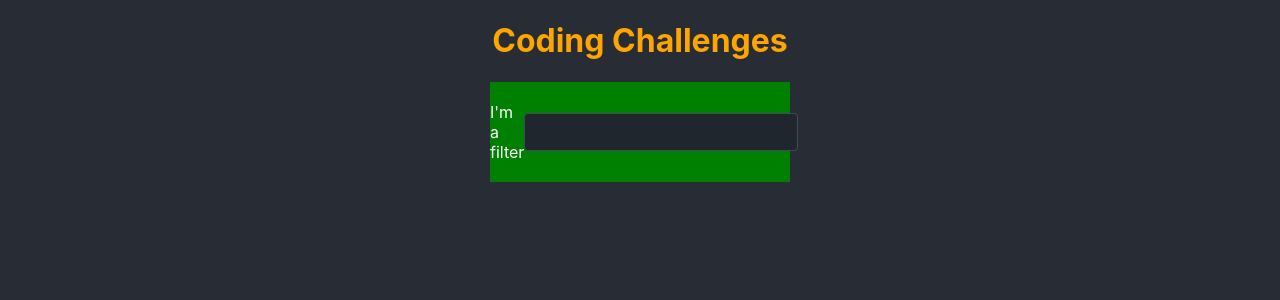
Repository: Valentina-Maraio/coding_challenges
Page: /
These files come from the project's save history. The page is drawn as it stood at one moment and after a run of saves; the edit follows.
The browser window is 1280 px wide. The pictures show the whole page.
The project was rebuilt for these pictures with package versions that can differ from the ones it lists, and the page was loaded fresh each time.

Above is the page before, as saved 2024-07-05 12:01:48.

### src/index.js
import React from 'react';
import ReactDOM from 'react-dom/client';
import './index.css';
import App from './App';
import reportWebVitals from './reportWebVitals';
import { PrimeReactProvider } from 'primereact/api';
import 'primeicons/primeicons.css';



const root = ReactDOM.createRoot(document.getElementById('root'));
root.render(
  <React.StrictMode>
    <PrimeReactProvider>
      <App/>
    </PrimeReactProvider>
  </React.StrictMode>
);

// If you want to start measuring performance in your app, pass a function
// to log results (for example: reportWebVitals(console.log))
// or send to an analytics endpoint. Learn more: https://bit.ly/CRA-vitals
reportWebVitals();

### src/App.js
import React, { useState, useEffect } from "react";
import "primereact/resources/themes/bootstrap4-dark-purple/theme.css";
import "./App.css";
import { InputText } from "primereact/inputtext";

function App() {
  const [inputValue, setInputValue] = useState("");

  const handleChange = (event) => {
    setInputValue(event.target.value);
  };

  const handleSubmit = () => {
    alert(`Input Value: ${inputValue}`);
  };
  return (
    <>
      <div className="container">
        <div className="app_title">
          <h1>Coding Challenges</h1>
        </div>
        <div className="filter_container">
          <p>I'm a filter</p>
          <InputText value={inputValue} onChange={handleChange} />
        </div>
      </div>
    </>
  );
}

export default App;

### src/App.css
body {
  background-color: #282c34;
}

.container {
  display: flex;
  justify-content: center;
  align-items: center;
  flex-direction: column;
}

.app_title {
  color: orange;
}

.filter_container {
  width: 300px;
  height: 100px;
  background-color: green;
  display: flex;
  justify-content: space-between;
  align-items: center;
}

Loaded but not shown: public/index.html (common file); src/index.css (common file); src/reportWebVitals.js (common file)

After the next 3 saves:
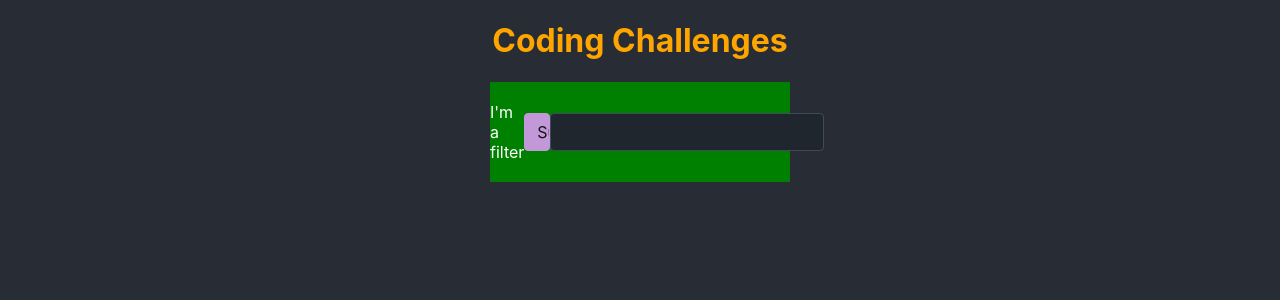
The 3 saves are shown as one change because 2 did not build or start.
The last was saved 76 s later.
--- a/src/App.js
+++ b/src/App.js
@@ -2,6 +2,7 @@ import React, { useState, useEffect } from "react";
 import "primereact/resources/themes/bootstrap4-dark-purple/theme.css";
 import "./App.css";
 import { InputText } from "primereact/inputtext";
+import { Button }  from "primereact/button"
 
 function App() {
   const [inputValue, setInputValue] = useState("");
@@ -21,6 +22,7 @@ function App() {
         </div>
         <div className="filter_container">
           <p>I'm a filter</p>
+          <Button onClick={handleSubmit} label="Submit"/>
           <InputText value={inputValue} onChange={handleChange} />
         </div>
       </div>
